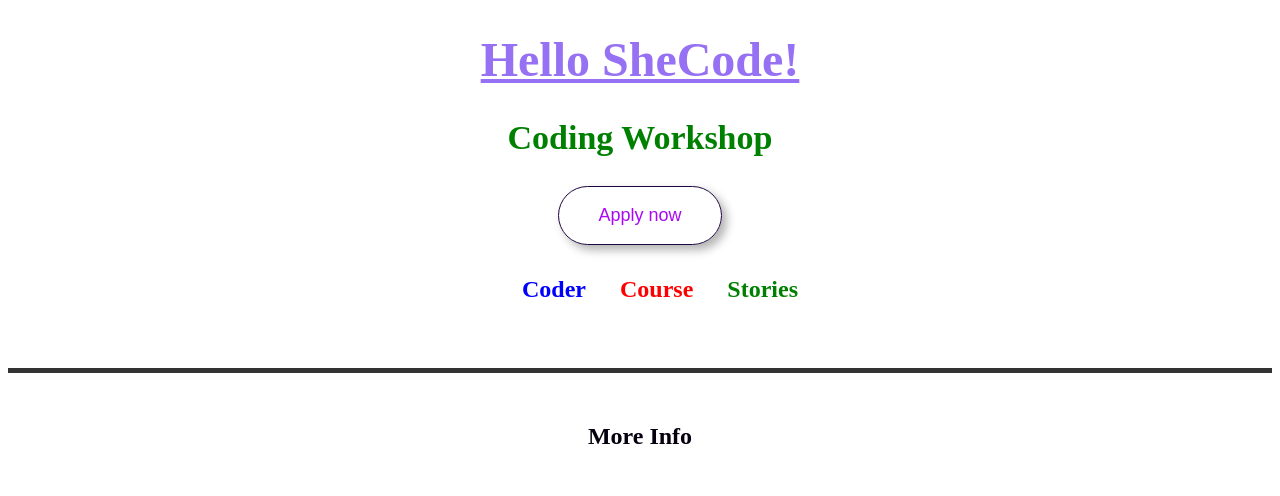
Repository: VickyJacob23/SheCode
Page: firstCode/index.html
The author's editor kept a copy of each file at every save. The page is drawn from the files as they stood at one save, then again after the next save.
The browser window is 1280 px wide. The pictures show the part of the page from y = 0 to 496 px (the page is 916 px tall).
Pictures or frames that could not be fetched are drawn as grey boxes.

Above is the page before, as saved 2024-08-26 20:21:43.
Not found: firstCode/style.css

After the next save:
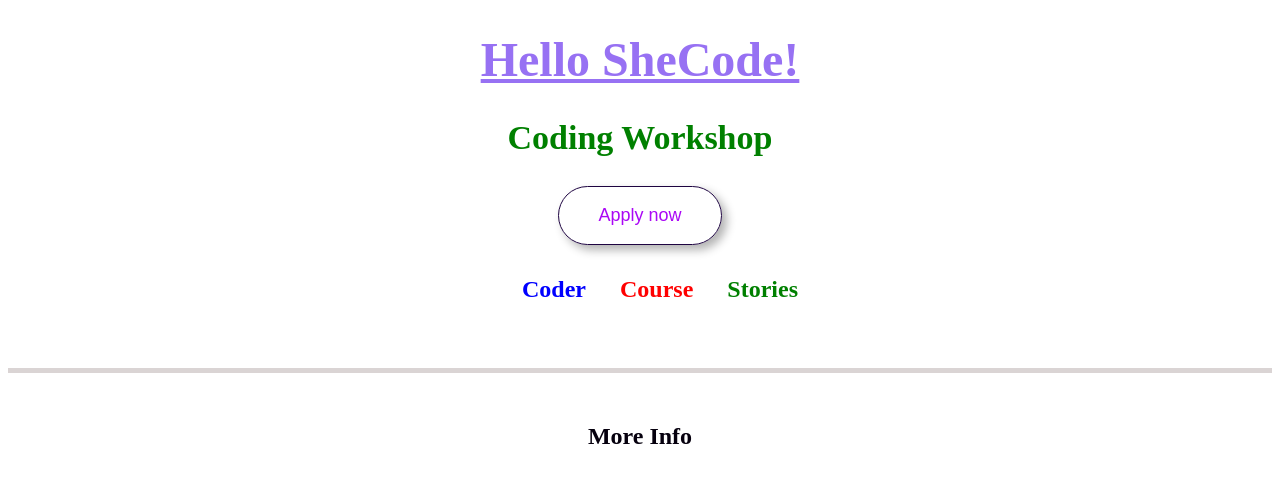
Saved 23 s later.
--- a/firstCode/index.html
+++ b/firstCode/index.html
@@ -80,7 +80,7 @@
         hr{
             border: 0;
             height: 5px;
-            background-color: #333;
+            background-color: #dad4d4;
             margin: 50px 0;
             display: block;
         }
